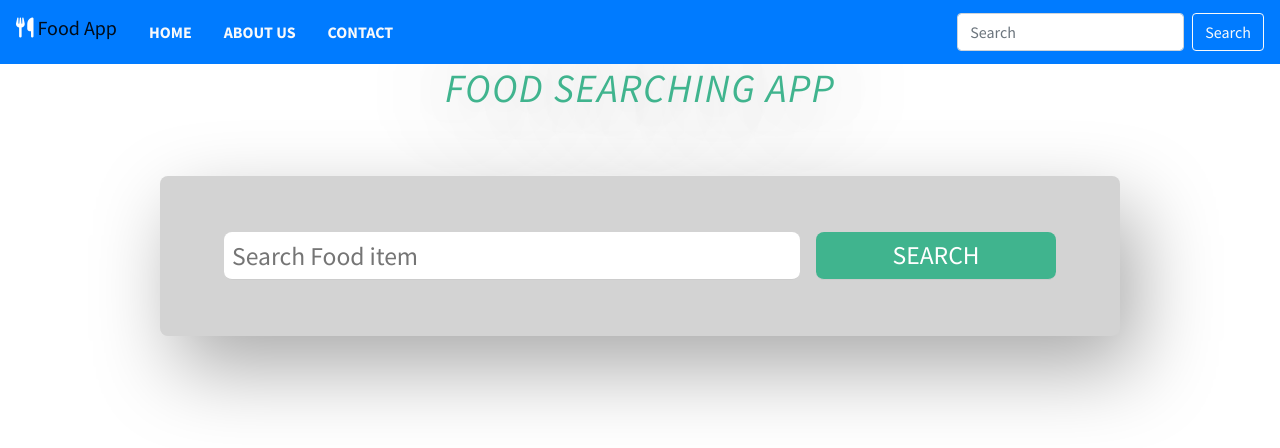
Repository: priyavmehta/React-Food-Recipe-App
Page: /search
An editor plug-in stored every save of this project. The page is shown before and after the next save, followed by the edit.
The browser window is 1280 px wide. The pictures show the whole page.
Some web libraries are served in a nearby version. The project was rebuilt for these pictures with package versions that can differ from the ones it lists, and the page was loaded fresh each time. Also part of the build but not shown: src/Components/RecipeDetails.js, src/Components/Recipe.js, src/Components/Alert.js.

Above is the page before, as saved 2020-07-11 22:55:45.

### public/index.html
<!DOCTYPE html>
<html lang="en">
  <head>
    <meta charset="utf-8" />
    <link rel="icon" href="%PUBLIC_URL%/favicon.ico" />
    <meta name="viewport" content="width=device-width, initial-scale=1" />
    <meta name="theme-color" content="#000000" />
    <meta
      name="description"
      content="Web site created using create-react-app"
    />
    <link rel="apple-touch-icon" href="%PUBLIC_URL%/logo192.png" />
    <link rel="manifest" href="%PUBLIC_URL%/manifest.json" />

    <script src="https://kit.fontawesome.com/c3f9cf1e2c.js" crossorigin="anonymous"></script>

    <link rel="stylesheet" href="https://stackpath.bootstrapcdn.com/bootstrap/4.3.1/css/bootstrap.min.css" integrity="sha384-ggOyR0iXCbMQv3Xipma34MD+dH/1fQ784/j6cY/iJTQUOhcWr7x9JvoRxT2MZw1T" crossorigin="anonymous">
    <script src="https://code.jquery.com/jquery-3.3.1.slim.min.js" integrity="sha384-q8i/X+965DzO0rT7abK41JStQIAqVgRVzpbzo5smXKp4YfRvH+8abtTE1Pi6jizo" crossorigin="anonymous"></script>
<script src="https://cdnjs.cloudflare.com/ajax/libs/popper.js/1.14.7/umd/popper.min.js" integrity="sha384-UO2eT0CpHqdSJQ6hJty5KVphtPhzWj9WO1clHTMGa3JDZwrnQq4sF86dIHNDz0W1" crossorigin="anonymous"></script>
<script src="https://stackpath.bootstrapcdn.com/bootstrap/4.3.1/js/bootstrap.min.js" integrity="sha384-JjSmVgyd0p3pXB1rRibZUAYoIIy6OrQ6VrjIEaFf/nJGzIxFDsf4x0xIM+B07jRM" crossorigin="anonymous"></script>

    <title>Food App</title>
  </head>
  <body>
    <noscript>You need to enable JavaScript to run this app.</noscript>
    <div id="root"></div>
    <!--
      This HTML file is a template.
      If you open it directly in the browser, you will see an empty page.

      You can add webfonts, meta tags, or analytics to this file.
      The build step will place the bundled scripts into the <body> tag.

      To begin the development, run `npm start` or `yarn start`.
      To create a production bundle, use `npm run build` or `yarn build`.
    -->
  </body>
</html>

### src/App.js
import React, { useState } from 'react';
import './App.css';
import RecipeState from './context/recipe/RecipeState';
import Search from './Components/Search';
import { BrowserRouter as Router, Switch, Route } from 'react-router-dom'
import Navbar from './Components/Navbar';

const App = () => {

  return (
    <RecipeState>
      <Router>
      <Navbar />
        <div className="App">

          <Search/>
        </div>
      </Router>
    </RecipeState>
  );
}

export default App;

### src/App.css
@import url("https://fonts.googleapis.com/css?family=Source+Sans+Pro:300,300i,400,400i,600,600i,700&display=swap");

* {
  font-family: "Source Sans Pro", sans-serif;
  margin: 0;
  padding: 0;
  text-decoration: none;
  list-style-type: none;
  outline: none;
}

.App {
  display: flex;
  flex-direction: column;
  align-items: center;
}

h1 {
  letter-spacing: 0.1rem;
  font-style: italic;
  color: #40b48e;
  text-shadow: 0 0.2rem 5rem rgb(119, 115, 115);
  text-transform: uppercase;
  margin: 4rem 0;
}

.search-form {
  width: 60rem;
  height: 10rem;
  display: flex;
  justify-content: center;
  align-items: center;
  background-color: #d3d3d3;
  border-radius: 0.5rem;
  margin-bottom: 5rem;
  box-shadow: 1rem 2rem 5rem #aaa;
  position: relative;
}

.alert {
  /*position: absolute;*/
  top: -3rem;
  left: 0;
  background-color: rgb(233, 72, 72);
  width: calc(100% - 0.4rem);
  border-radius: 0.5rem;
  padding: 0.2rem;
}

.alert h3 {
  font-size: 1.8rem;
  color: #fff;
  font-weight: 400;
  text-transform: uppercase;
  text-align: center;
}

.search-form input {
  font-size: 1.6rem;
  border: none;
  border-bottom: 0.1rem solid #ccc;
  margin: 0 0.5rem;
  border-radius: 0.5rem;
  height: 3rem;
}

.search-form input[type="text"] {
  padding: 0 0.5rem;
  width: 60%;
  color: #555;
}

.search-form input[type="submit"] {
  width: 25%;
  text-transform: uppercase;
  background-color: #40b48e;
  color: #fff;
}

.recipes {
  width: 90%;
  display: flex;
  align-items: center;
  flex-wrap: wrap;
  justify-content: center;
  align-items: flex-start;
}

.recipe {
  width: 30rem;
  margin: 3rem;
  display: flex;
  flex-direction: column;
  background-color: #d3d3d3;
  padding: 2rem;
  position: relative;
  border-radius: 0.5rem;
  box-shadow: 2rem 3rem 5rem #aaa;
}

.recipe h2 {
  background-color: rgba(161, 161, 161, 0.7);
  border-radius: 0.5rem;
  padding: 0.3rem 0.5rem;
  position: absolute;
  top: 2.5rem;
  left: 2.5rem;
  right: 2.5rem;
  font-size: 2.5rem;
  font-weight: 400;
  text-shadow: 0 0.5rem 0.5rem #555;
  color: #fff;
}

.recipe img {
  border-radius: 0.5rem;
  object-fit: cover;
}

.recipe a {
  font-size: 1.8rem;
  color: #40b48e;
}

/* .recipe button {
  font-size: 2rem;
  text-transform: uppercase;
  color: #fff;
  background-color: #40b48e;
  border: none;
  border-radius: 0.5rem;
  height: 3rem;
} */

.ingredient-list {
  margin-top: 1rem;
  background-color: #f0f0f0;
  border-radius: 0.5rem;
  padding: 0.5rem;
}

.ingredient-list li {
  margin: 0.5rem 0;
}

.ingredient-text {
  font-size: 1.5rem;
  color: #888;
}

.ingredient-weight {
  color: #40b48e;
  font-size: 1.3rem;
}

.fas {
  color: white;
}

.navbar-brand{
  color: white;

}

h3 {
  color: white;
}

### src/context/recipe/RecipeState.js
import React, { useReducer, useState, useEffect } from 'react'
import recipeContext from './recipeContext'
import recipeReducer from './recipeReducer';
import axios from 'axios'
import {SEARCH_RECIPE, SET_ALERT, REMOVE_ALERT, SET_HOME_PAGE} from '../types'

const RecipeState = (props) => {

    const initialState = {

        recipes : [],
        alert : ""
    };

    const home_recipes = []

    const [state, dispatch] = useReducer(recipeReducer, initialState);

    const YOUR_APP_ID = 'a232e31f';
    const YOUR_APP_KEY = 'd3cfbfb089b421a6f5135d309faa2604';

    // useEffect(async () => {
    //     const dosa = await axios.get(`https://api.edamam.com/search?q=dosa&app_id=${YOUR_APP_ID}&app_key=${YOUR_APP_KEY}`)
    //     const dosa_results = dosa.data.hits;
    //     home_recipes.push(dosa_results[5])
    //     home_recipes.push(dosa_results[9])

    //     const data = await axios.get(`https://api.edamam.com/search?q=pav&app_id=${YOUR_APP_ID}&app_key=${YOUR_APP_KEY}`)
    //     const results = data.data.hits;
    //     home_recipes.push(results[0])
    //     home_recipes.push(results[1])

    //     dispatch({type : SET_HOME_PAGE, payload : home_recipes})
    //     console.log("All Done")
    //     console.log(state.recipes)
    // }, [])

    const getData = async (text) => {
        if (text !== ''){
            const url = `https://api.edamam.com/search?q=${text}&app_id=${YOUR_APP_ID}&app_key=${YOUR_APP_KEY}`
            const data = await axios.get(url);
            if (!data.data.more){
                return (
                    dispatch({type : SET_ALERT, payload : "Such a food item is not available.."}),
                    setTimeout (() => dispatch({ type : REMOVE_ALERT }), 5000)
                )
            }
            dispatch({type: SEARCH_RECIPE, payload: data.data.hits})
            console.log(state.recipes)
        } else {
            dispatch ({type : SET_ALERT, payload: "Please enter something"})
            setTimeout (() => dispatch({ type : REMOVE_ALERT }), 5000)
        }

    }

    const getIndian = async () => {

    }

    return <recipeContext.Provider value = {{
            getData,
            recipes: state.recipes,
            alert : state.alert
        }
    }
    >
        {props.children}
    </recipeContext.Provider>
}

export default RecipeState

### src/Components/Search.js
import React, {Fragment, useContext, useState} from 'react'
import recipeContext from '../context/recipe/recipeContext'
import Recipe from './Recipe'
import Alert from './Alert'

const Search = () => {

    const [query, setQuery] = useState("")

    const RecipeContext = useContext(recipeContext)
    const {getData, recipes, alert} = RecipeContext

    const changeQuery = (event) => setQuery(event.target.value)

    const onSubmitQuery = (event) => {
        event.preventDefault()
        getData(query)
        setQuery("")
    }

    return (
        <Fragment>
            <h1 >Food Searching App</h1>
            { alert !== "" && <Alert/>}
            <form className = "search-form" onSubmit = {onSubmitQuery}>
                <input type="text" placeholder = "Search Food item" autoComplete = "off" onChange = {changeQuery} value = {query} />
                <input type = "submit" value = "Search" />
            </form>
            <div className = "recipes">
                {
                    recipes !== [] && (
                        recipes.map(recipe => <Recipe recipe = {recipe}/>)
                    )
                }
            </div>
        </Fragment>
    )
}

export default Search

### src/Components/Navbar.js
import React from 'react'
import PropTypes from 'prop-types'
import { Link } from 'react-router-dom'

const Navbar = ({icon, title}) => {

    return (
        <nav className="navbar navbar-expand-md navbar-light bg-primary fixed-top">
            <h3 className="navbar-brand"><i className="fas fa-utensils"></i>  Food App</h3>
            <button type="button" className="navbar-toggler bg-light" data-toggle="collapse" data-target="#nav">
                <span className="navbar-toggler-icon"></span>
            </button>
             <div className="collapse navbar-collapse justify-content-between" id="nav">
                <ul className="navbar-nav">
                    <li className="nav-item" >
                        <a className="nav-link text-light font-weight-bold px-3" href="#">HOME</a>
                    </li>
                    <li className="nav-item">
                        <a className="nav-link text-light font-weight-bold px-3" href="#">ABOUT US</a>
                    </li>
                    <li className="nav-item">
                        <a className="nav-link text-light font-weight-bold px-3" href="#">CONTACT</a>
                    </li>
                </ul>
                <form class="form-inline">
                    <input class="form-control mr-sm-2" type="search" placeholder="Search" aria-label="Search"/>
                    <button class="btn btn-outline-light my-2 my-sm-0" type="submit">Search</button>
                </form>

            </div>

        </nav>
    )
}

Navbar.defaultProps = {
    title : "Food App",
    icon : "fab fa-github"
};

Navbar.propTypes = {
    title : PropTypes.string.isRequired,
    icon : PropTypes.string.isRequired
};

export default Navbar

### src/context/recipe/recipeContext.js
import { createContext } from 'react'

const recipeContext = createContext()

export default recipeContext

### src/context/recipe/recipeReducer.js
import {SEARCH_RECIPE, SET_ALERT, REMOVE_ALERT, SET_HOME_PAGE} from '../types'

export default (state, action) => {
    switch(action.type){
        case SET_HOME_PAGE:
            return{
                ...state,
                recipes : action.payload
            }
        case REMOVE_ALERT:
            return{
                ...state,
                alert: ""
            }
        case SET_ALERT:
            return{
                ...state,
                alert: action.payload
            }
        case SEARCH_RECIPE:
            return {
                ...state,
                recipes : action.payload,
                alert: ""
            }
        default:
            return state
    }
}

### src/context/types.js
export const SEARCH_RECIPE = "SEARCH_RECIPE";
export const CHANGE_QUERY = "CHANGE_QUERY";
export const SET_ALERT = "SET_ALERT";
export const REMOVE_ALERT = "REMOVE_ALERT";
export const SET_HOME_PAGE = "SET_HOME_PAGE";

Loaded but not shown: src/index.js (common file); src/index.css (common file); src/serviceWorker.js (common file)

After the next save:
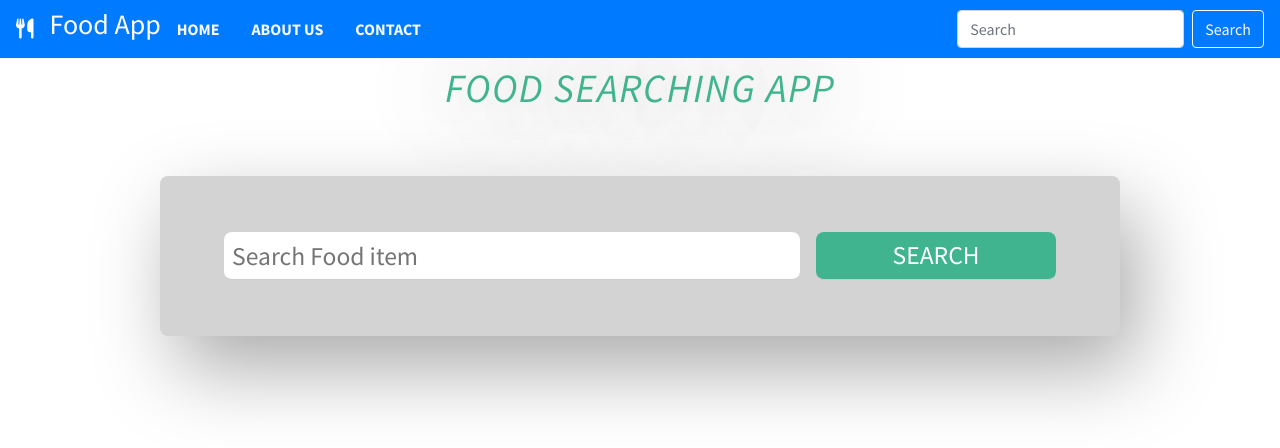
Saved 96 s later.
--- a/src/Components/Navbar.js
+++ b/src/Components/Navbar.js
@@ -6,7 +6,8 @@ const Navbar = ({icon, title}) => {
 
     return (
         <nav className="navbar navbar-expand-md navbar-light bg-primary fixed-top">
-            <h3 className="navbar-brand"><i className="fas fa-utensils"></i>  Food App</h3>
+            <a className="navbar-brand"><i className="fas fa-utensils"></i>  </a>
+            <h3>Food App</h3>
             <button type="button" className="navbar-toggler bg-light" data-toggle="collapse" data-target="#nav">
                 <span className="navbar-toggler-icon"></span>
             </button>
